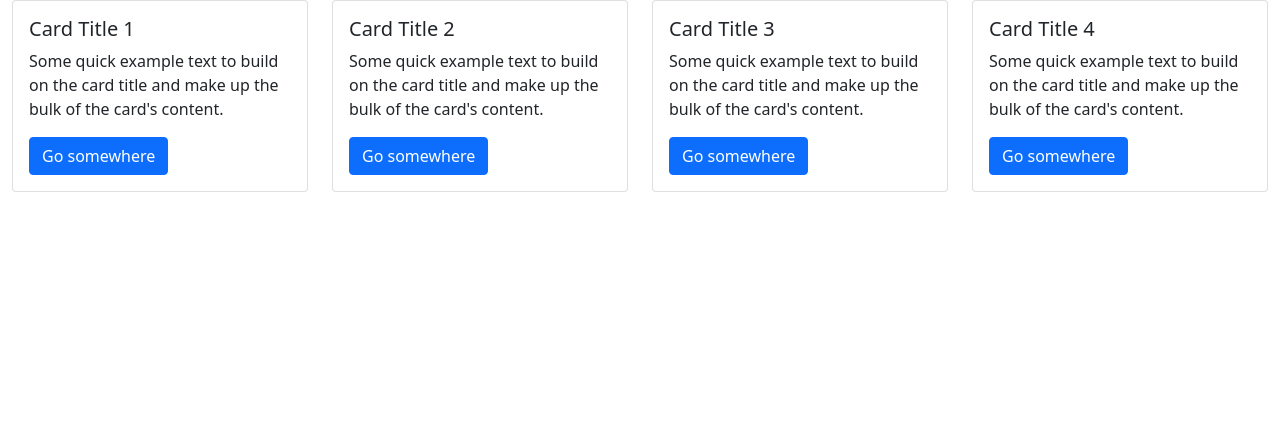
Repository: Dayvid0/BOOTSTRAP-TUTORIALS
Page: BOOTSTRAP-GRID-LAYOUTS/layouts.html
An editor plug-in stored every save of this project. The page is shown before and after the next save, followed by the edit.
The browser window is 1280 px wide. The pictures show the whole page.

Above is the page before, as saved 2025-01-24 15:04:19.

After the next save:
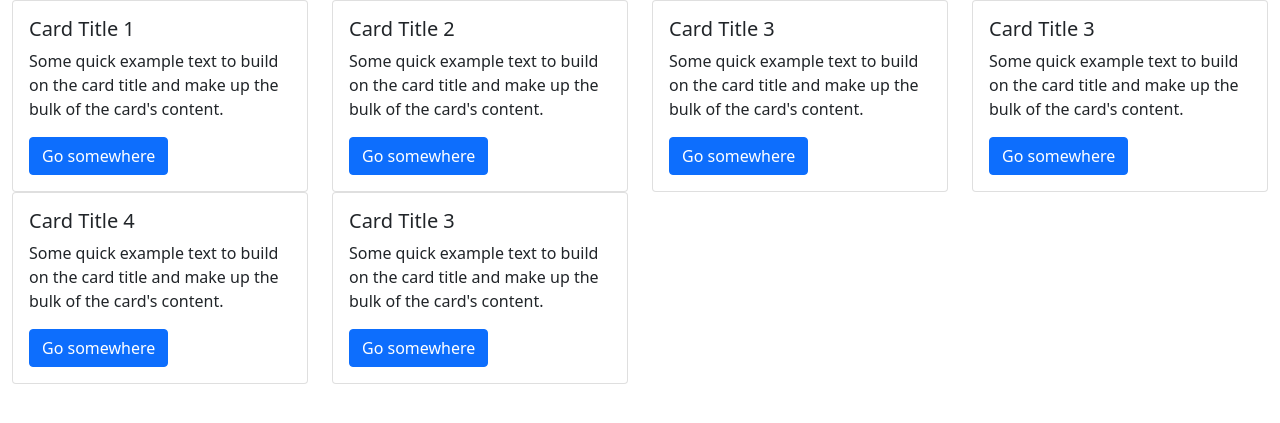
Saved 83 s later.
--- a/BOOTSTRAP-GRID-LAYOUTS/layouts.html
+++ b/BOOTSTRAP-GRID-LAYOUTS/layouts.html
@@ -45,7 +45,27 @@
         <div class="col-md-3">
           <div class="card" style="width: 100%;">
             <div class="card-body">
+              <h5 class="card-title">Card Title 3</h5>
+              <p class="card-text">Some quick example text to build on the card title and make up the bulk of the card's content.</p>
+              <a href="#" class="btn btn-primary">Go somewhere</a>
+            </div>
+          </div>
+        </div>
+        <!-- Card 5 -->
+        <div class="col-md-3">
+          <div class="card" style="width: 100%;">
+            <div class="card-body">
               <h5 class="card-title">Card Title 4</h5>
+              <p class="card-text">Some quick example text to build on the card title and make up the bulk of the card's content.</p>
+              <a href="#" class="btn btn-primary">Go somewhere</a>
+            </div>
+          </div>
+        </div>
+        <!-- Card 6 -->
+        <div class="col-md-3">
+          <div class="card" style="width: 100%;">
+            <div class="card-body">
+              <h5 class="card-title">Card Title 3</h5>
               <p class="card-text">Some quick example text to build on the card title and make up the bulk of the card's content.</p>
               <a href="#" class="btn btn-primary">Go somewhere</a>
             </div>
